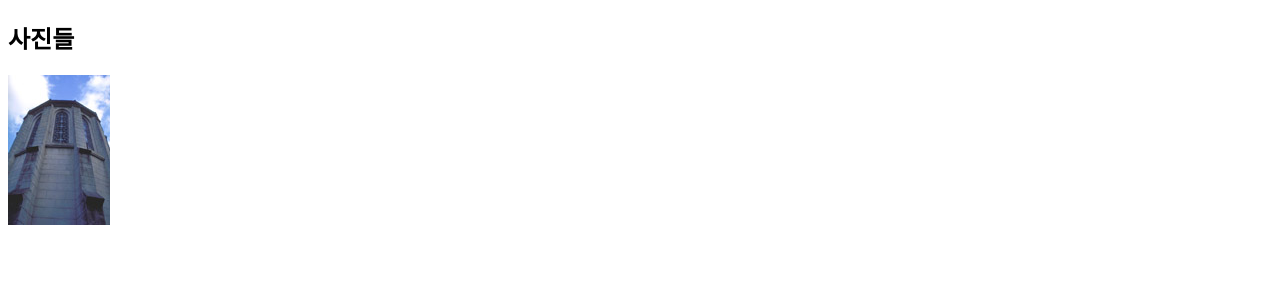
Repository: jeongho97/JQuery
Page: JQuery기본2/WebContent/예제2.html
The author's editor kept a copy of each file at every save. The page is drawn from the files as they stood at one save, then again after the next save.
The browser window is 1280 px wide. The pictures show the whole page.

Above is the page before, as saved 2022-05-13 03:35:45.

### JQuery기본2/WebContent/예제2.html
<!DOCTYPE html>
<html>
<head>
<meta charset="UTF-8">
<title>Insert title here</title>
<script src="https://ajax.googleapis.com/ajax/libs/jquery/3.6.0/jquery.min.js"></script>
</head>
<body>
<h2>사진들</h2>
<img alt="" src="./images/img01.jpg" id="pic">

</body>
</html>

After the next save:
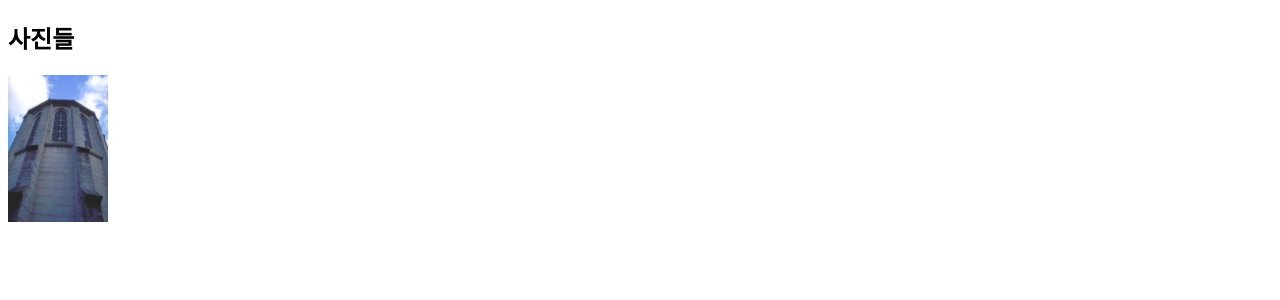
Saved 11 s later.
--- a/JQuery기본2/WebContent/예제2.html
+++ b/JQuery기본2/WebContent/예제2.html
@@ -7,7 +7,7 @@
 </head>
 <body>
 <h2>사진들</h2>
-<img alt="" src="./images/img01.jpg" id="pic">
+<img alt="" src="./images/img01.jpg" id="pic" width="100">
 
 </body>
 </html>
